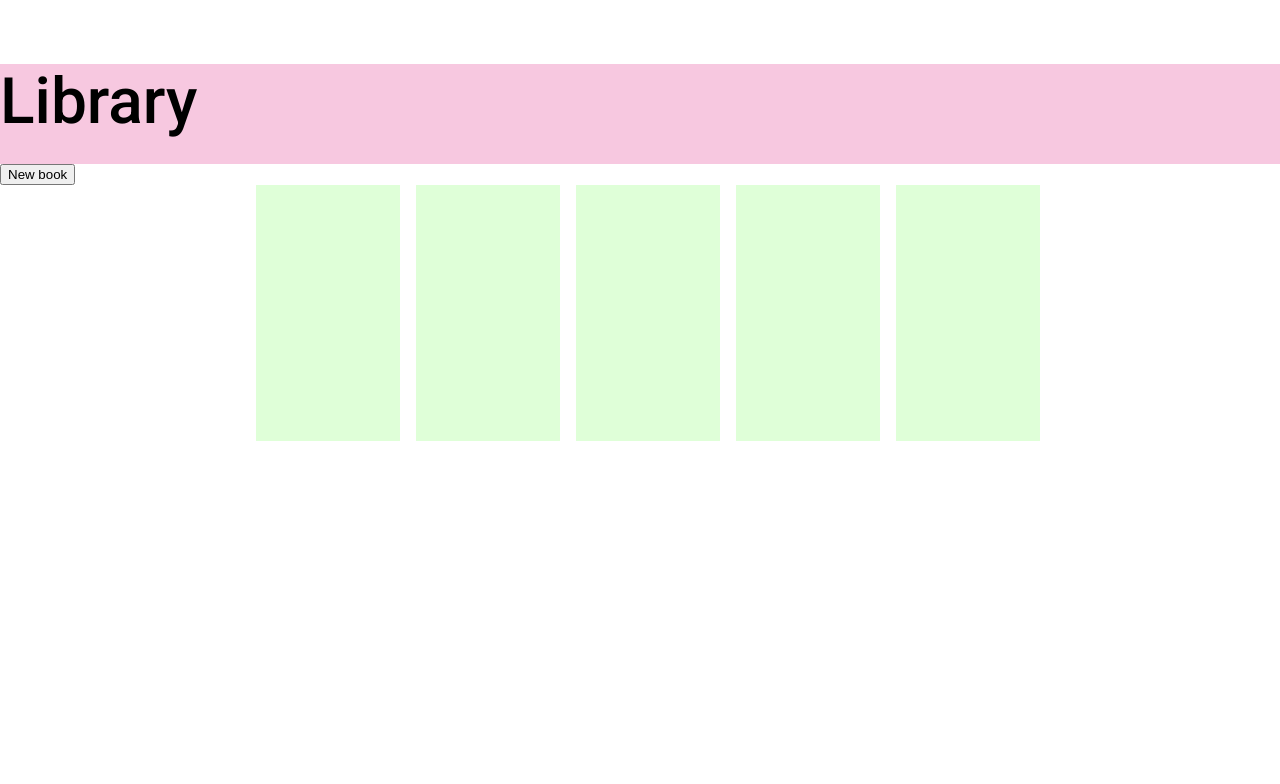
Repository: yeetzpxoci/library
Page: index.html
These files come from the project's save history. The page is drawn as it stood at one moment and after the next save; the edit follows.
The browser window is 1280 px wide. The pictures show the whole page.

Above is the page before, as saved 2023-02-21 14:45:12.

### index.html
<!DOCTYPE html>
<html lang="en">
<head>
    <meta charset="UTF-8">
    <meta http-equiv="X-UA-Compatible" content="IE=edge">
    <meta name="viewport" content="width=device-width, initial-scale=1.0">
    <title>Library</title>
    <link rel="stylesheet" href="styles.css">
    <link rel="preconnect" href="https://fonts.googleapis.com">
    <link rel="preconnect" href="https://fonts.gstatic.com" crossorigin>
    <link href="https://fonts.googleapis.com/css2?family=Roboto:wght@500&display=swap" rel="stylesheet">
</head>
<body>
    <div class="header">
        <p>Library</p>
    </div>
    <button onclick="addBookToLibrary()" id="addBook">New book</button>
    <form>
        <fieldset>
            <label for="title">Title</label>
            <input type="text" name="title" id="title">
            <label for="author">Author</label>
            <input type="text" name="author" id="author">
            <label for="pages">Pages</label>
            <input type="number" name="pages" id="pages">
            <label for="read">Have you read the book?</label>
            <input type="checkbox" name="read" id="read">
        </fieldset>
    </form>

    <div id="cards">

    </div>
<script src="script.js"></script>
</body>
</html>

### styles.css
html, body {
    margin: 0;
    padding: 0;
    font-family: 'Roboto', sans-serif;
}

body {
    min-height: 100vh;
    background-color: white;
}

.header {
    width: 100%;
    height: 100px;
    background-color: #F7C8E0;
}

.header p {
    font-size: 64px;
}

#cards {
    display: grid;
    grid-template-columns: 1fr 1fr 1fr 1fr 1fr;
    gap: 16px;
    margin-right: 256px;
    margin-left: 256px;
}

.card {
    height: 256px;
    width: 144px;
    background-color: #DFFFD8;
    align-self: center;
    justify-self: center;
}

form {
    display: none;
}

### script.js
const title = document.getElementById("title").value
const author = document.getElementById("author").value
const pages = document.getElementById("pages").value
const read = document.getElementById("read").checked
const cards = document.getElementById("cards")

let myLibrary = [];

function Book(title, author, pages, read) {
    this.title = title;
    this.author = author;
    this.pages = pages;
    this.read = read;
    this.info = function () {
        return title + " by " + author + ", " + String(pages) + " pages, not read yet"
    }
}

function addBookToLibrary() {
    let book = new Book(title, author, pages, read);
    myLibrary.push(book);
    console.log(myLibrary.length)
}

function displayBooks() {
    for (let i = 0; i < myLibrary.length; i++) {
        const newDiv = document.createElement("div");
        newDiv.setAttribute("class", "card");
        cards.appendChild(newDiv);
    }
}

let book1 = new Book("htomi" , "hs", 23, true);
let book2 = new Book("yeet", "asd", 65, false);
let book3 = new Book("smth", "bsdf", 1, true);
let book4 = new Book("smth", "bsdf", 1, true);
let book5 = new Book("smth", "bsdf", 1, true);
myLibrary.push(book1, book2, book3, book4, book5);
displayBooks();

After the next save:
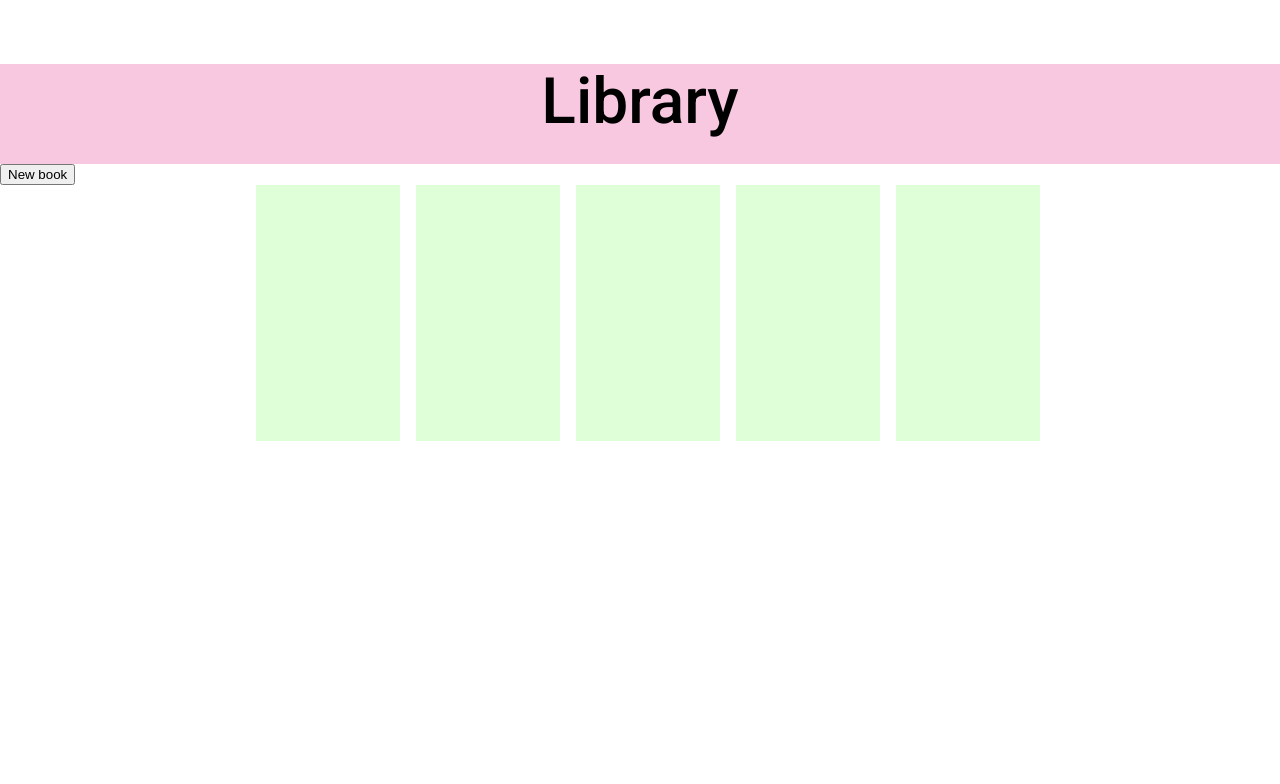
Saved 11 s later.
--- a/styles.css
+++ b/styles.css
@@ -17,6 +17,8 @@
 
 .header p {
     font-size: 64px;
+    align-self: center;
+    justify-self: center;
 }
 
 #cards {

After the save that followed:
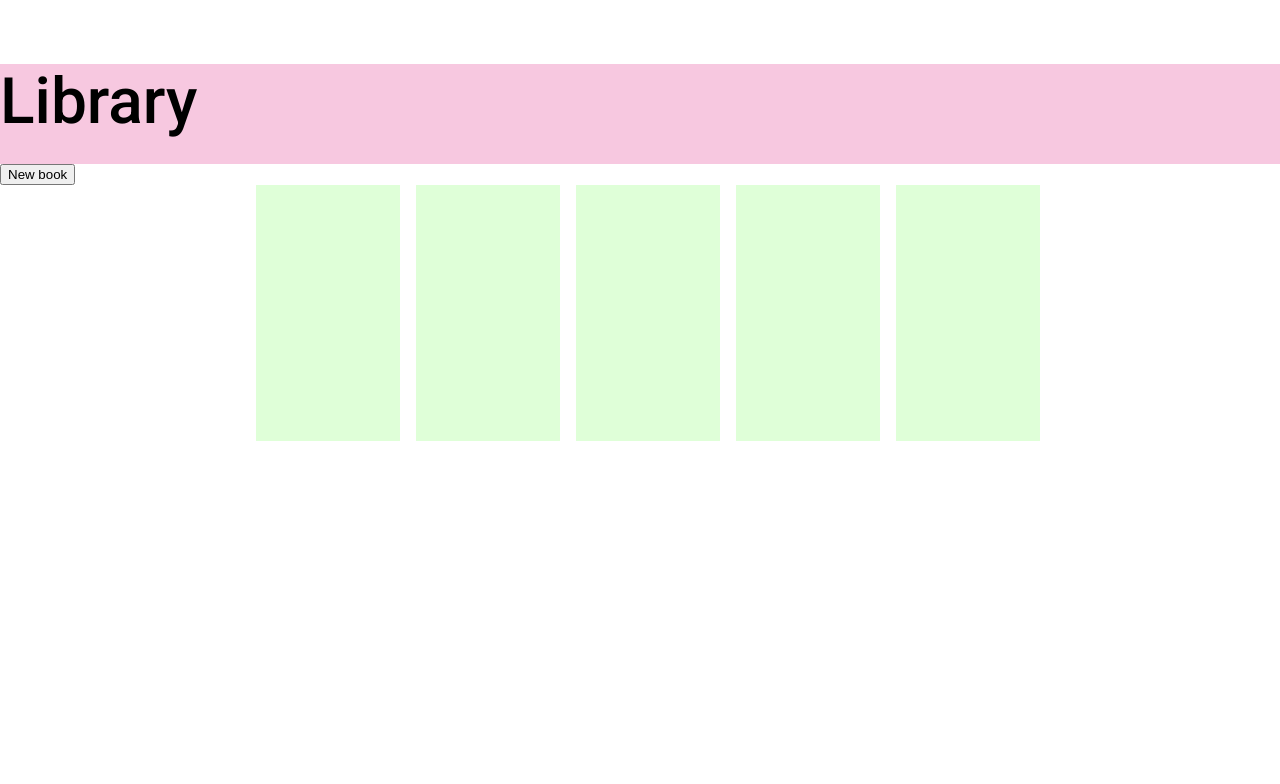
Saved 11 s later.
--- a/styles.css
+++ b/styles.css
@@ -16,9 +16,9 @@
 }
 
 .header p {
+    display: flex;
     font-size: 64px;
     align-self: center;
-    justify-self: center;
 }
 
 #cards {
